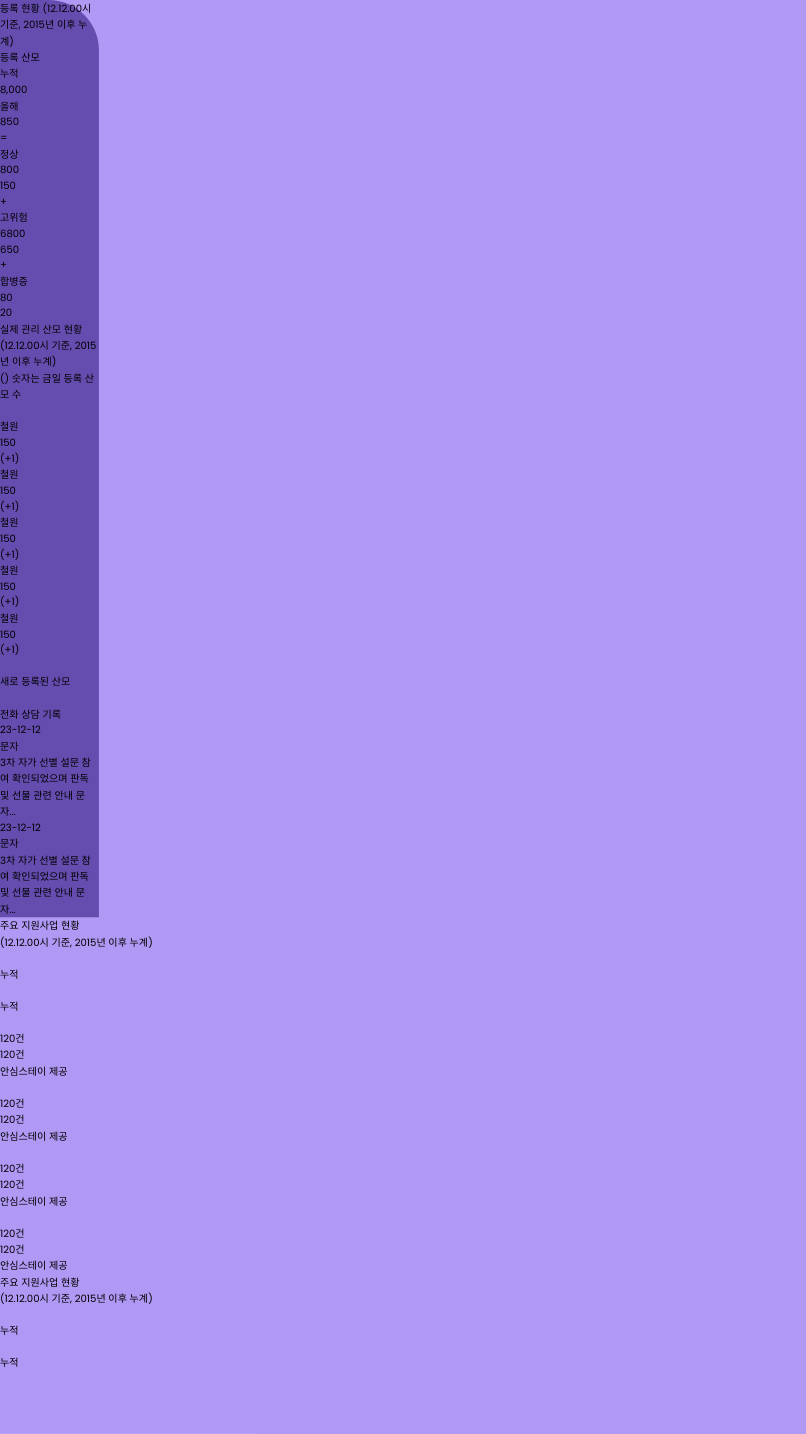
Repository: giapchicuong/Perganancy_Web
Page: index.html
An editor plug-in stored every save of this project. The page is shown before and after the next save, followed by the edit.
The browser window is 1280 px wide. The pictures show the whole page, at 63% of full size.

Above is the page before, as saved 2024-03-06 12:11:55.

### index.html
<!DOCTYPE html>
<html lang="en">

<head>
    <meta charset="UTF-8">
    <meta name="viewport" content="width=device-width, initial-scale=1.0">
    <title>Perganancy Web</title>
    <link rel="stylesheet" href="./assets/base.css">
    <link rel="stylesheet" href="./assets/style.css">
</head>

<body>
    <!-- .block -->
    <!-- .block__element -->
    <!-- .block__element--modifier -->
    <!-- card
    card__image
    card__description
    card__button--submit
    card__button--cancel -->
    <div class="app">
        <div class="main">
            <section class="advertising">
                <div class="advertising-left">
                    <div class="advertising-left__title">등록 현황 (12.12.00시 기준, 2015년 이후 누계)</div>
                    <div class="advertising-left__item-list">
                        <div class="advertising-left__item">
                            <div class="advertising-left__item-title">등록 산모</div>
                            <div class="advertising-left__item-desc">
                                <div class="advertising-left__item-desc-text">누적</div>
                                <div class="advertising-left__item-desc-number">8,000</div>
                            </div>
                            <div class="advertising-left__item-bottom">
                                <div class="advertising-left__item-bottom-text">올해</div>
                                <div class="advertising-left__item-bottom-number">850</div>
                            </div>
                            <div class="calculation">=</div>
                        </div>
                        <div class="advertising-left__item">
                            <div class="advertising-left__item-title">정상</div>
                            <div class="advertising-left__item-desc">
                                <div class="advertising-left__item-desc-number">800</div>
                            </div>
                            <div class="advertising-left__item-bottom">
                                <div class="advertising-left__item-bottom-number">150</div>
                            </div>
                            <div class="calculation">+</div>
                        </div>
                        <div class="advertising-left__item">
                            <div class="advertising-left__item-title">고위험</div>
                            <div class="advertising-left__item-desc">
                                <div class="advertising-left__item-desc-number">6800</div>
                            </div>
                            <div class="advertising-left__item-bottom">
                                <div class="advertising-left__item-bottom-number">650</div>
                            </div>
                            <div class="calculation">+</div>
                        </div>
                        <div class="advertising-left__item">
                            <div class="advertising-left__item-title">합병증</div>
                            <div class="advertising-left__item-desc">
                                <div class="advertising-left__item-desc-number">80</div>
                            </div>
                            <div class="advertising-left__item-bottom">
                                <div class="advertising-left__item-bottom-number">20</div>
                            </div>
                        </div>
                    </div>
                    <div class="advertising-left__title">실제 관리 산모 현황 (12.12.00시 기준, 2015년 이후 누계)</div>
                    <div class="advertising-left__desc">() 숫자는 금일 등록 산모 수</div>
                    <div class="advertising-left__map">
                        <img src="" alt="" class="advertising-left__map-image">
                        <div class="advertising-left__map-item-list-top">
                            <div class="advertising-left__map-item">
                                <div class="advertising-left__map-item-title">철원</div>
                                <div class="advertising-left__map-item-number">150</div>
                                <div class="advertising-left__map-item-desc">(+1)</div>
                            </div>
                            <div class="advertising-left__map-item">
                                <div class="advertising-left__map-item-title">철원</div>
                                <div class="advertising-left__map-item-number">150</div>
                                <div class="advertising-left__map-item-desc">(+1)</div>
                            </div>
                        </div>
                        <div class="advertising-left__map-item-list-center">
                            <div class="advertising-left__map-item">
                                <div class="advertising-left__map-item-title">철원</div>
                                <div class="advertising-left__map-item-number">150</div>
                                <div class="advertising-left__map-item-desc">(+1)</div>
                            </div>
                            <div class="advertising-left__map-item">
                                <div class="advertising-left__map-item-title">철원</div>
                                <div class="advertising-left__map-item-number">150</div>
                                <div class="advertising-left__map-item-desc">(+1)</div>
                            </div>
                        </div>
                        <div class="advertising-left__map-item-list-botom">
                            <div class="advertising-left__map-item">
                                <div class="advertising-left__map-item-title">철원</div>
                                <div class="advertising-left__map-item-number">150</div>
                                <div class="advertising-left__map-item-desc">(+1)</div>
                            </div>
                        </div>
                    </div>
                    <div class="advertising-left__box">
                        <div class="advertising-left__box-title">
                            <img src="" alt="" class="advertising-left__box-title-icon">
                            <div class="advertising-left__box-title-text">새로 등록된 산모</div>
                        </div>
                        <div class="advertising-left__box-message-list">
                            <div class="advertising-left__box-message-item">
                                <div class="advertising-left__box-message-item-date"></div>
                                <div class="advertising-left__box-message-item-text"></div>
                            </div>
                        </div>
                    </div>
                    <div class="advertising-left__box">
                        <div class="advertising-left__box-title">
                            <img src="" alt="" class="advertising-left__box-title-icon">
                            <div class="advertising-left__box-title-text">전화 상담 기록</div>
                        </div>
                        <div class="advertising-left__box-message-list">
                            <div class="advertising-left__box-message-item">
                                <div class="advertising-left__box-message-item-date">23-12-12</div>
                                <div class="advertising-left__box-message-item-name">문자</div>
                                <div class="advertising-left__box-message-item-text">3차 자가 선별 설문 참여 확인되었으며 판독 및 선물 관련 안내
                                    문자...</div>
                            </div>
                            <div class="advertising-left__box-message-item">
                                <div class="advertising-left__box-message-item-date">23-12-12</div>
                                <div class="advertising-left__box-message-item-name">문자</div>
                                <div class="advertising-left__box-message-item-text">3차 자가 선별 설문 참여 확인되었으며 판독 및 선물 관련 안내
                                    문자...</div>
                            </div>
                        </div>
                    </div>
                </div>
                <div class="advertising-right">
                    <div class="advertising-right-item">
                        <div class="advertising-right-item-top">
                            <div class="advertising-right-item-top-left">
                                <div class="advertising-right-item-top__title">주요 지원사업 현황</div>
                                <div class="advertising-right-item-top__desc">(12.12.00시 기준, 2015년 이후 누계)</div>
                            </div>
                            <div class="advertising-right-item-top-right">
                                <div class="advertising-right-item-top-item">
                                    <img src="" alt="" class="advertising-right-item-top-item__icon">
                                    <div class="advertising-right-item-top-item__text">누적</div>
                                </div>
                                <div class="advertising-right-item-top-item">
                                    <img src="" alt="" class="advertising-right-item-top-item__icon">
                                    <div class="advertising-right-item-top-item__text">누적</div>
                                </div>
                            </div>
                        </div>
                        <div class="advertising-right-item-card-list">
                            <div class="advertising-right-item-card">
                                <div class="advertising-right-item-card-provide">
                                    <img src="" alt="" class="advertising-right-item-card__image">
                                    <div class="advertising-right-item-card__image-number">
                                        <div class="advertising-right-item-card__image-number-large">120건</div>
                                        <div class="advertising-right-item-card__image-number-small">120건</div>
                                    </div>
                                </div>
                                <div class="advertising-right-item-card-content">안심스테이 제공</div>
                            </div>
                            <div class="advertising-right-item-card">
                                <div class="advertising-right-item-card-provide">
                                    <img src="" alt="" class="advertising-right-item-card__image">
                                    <div class="advertising-right-item-card__image-number">
                                        <div class="advertising-right-item-card__image-number-large">120건</div>
                                        <div class="advertising-right-item-card__image-number-small">120건</div>
                                    </div>
                                </div>
                                <div class="advertising-right-item-card-content">안심스테이 제공</div>
                            </div>
                            <div class="advertising-right-item-card">
                                <div class="advertising-right-item-card-provide">
                                    <img src="" alt="" class="advertising-right-item-card__image">
                                    <div class="advertising-right-item-card__image-number">
                                        <div class="advertising-right-item-card__image-number-large">120건</div>
                                        <div class="advertising-right-item-card__image-number-small">120건</div>
                                    </div>
                                </div>
                                <div class="advertising-right-item-card-content">안심스테이 제공</div>
                            </div>
                            <div class="advertising-right-item-card">
                                <div class="advertising-right-item-card-provide">
                                    <img src="" alt="" class="advertising-right-item-card__image">
                                    <div class="advertising-right-item-card__image-number">
                                        <div class="advertising-right-item-card__image-number-large">120건</div>
                                        <div class="advertising-right-item-card__image-number-small">120건</div>
                                    </div>
                                </div>
                                <div class="advertising-right-item-card-content">안심스테이 제공</div>
                            </div>
                        </div>
                    </div>
                    <div class="advertising-right-item">
                        <div class="advertising-right-item-top">
                            <div class="advertising-right-item-top-left">
                                <div class="advertising-right-item-top__title">주요 지원사업 현황</div>
                                <div class="advertising-right-item-top__desc">(12.12.00시 기준, 2015년 이후 누계)</div>
                            </div>
                            <div class="advertising-right-item-top-right">
                                <div class="advertising-right-item-top-item">
                                    <img src="" alt="" class="advertising-right-item-top-item__icon">
                                    <div class="advertising-right-item-top-item__text">누적</div>
                                </div>
                                <div class="advertising-right-item-top-item">
                                    <img src="" alt="" class="advertising-right-item-top-item__icon">
                                    <div class="advertising-right-item-top-item__text">누적</div>
                                </div>
                            </div>
                        </div>
                        <div class="advertising-right-item__btn-list">
                            <div class="advertising-right-item__btn-item">
                                <div class="advertising-right-item__btn">
                                    <img src="" alt="" class="advertising-right-item__btn-icon" />
                                    <div class="advertising-right-item__btn-text"></div>
                                    <div class="advertising-right-item__btn-notification"></div>
                                </div>
                                <div class="advertising-right-item__btn-content"></div>
                            </div>
                            <div class="advertising-right-item__btn-item">
                                <div class="advertising-right-item__btn">
                                    <img src="" alt="" class="advertising-right-item__btn-icon" />
                                    <div class="advertising-right-item__btn-text"></div>
                                    <div class="advertising-right-item__btn-notification"></div>
                                </div>
                                <div class="advertising-right-item__btn-content"></div>
                            </div>
                            <div class="advertising-right-item__btn-item">
                                <div class="advertising-right-item__btn">
                                    <img src="" alt="" class="advertising-right-item__btn-icon" />
                                    <div class="advertising-right-item__btn-text"></div>
                                    <div class="advertising-right-item__btn-notification"></div>
                                </div>
                                <div class="advertising-right-item__btn-content"></div>
                            </div>
                            <div class="advertising-right-item__btn-item">
                                <div class="advertising-right-item__btn">
                                    <img src="" alt="" class="advertising-right-item__btn-icon" />
                                    <div class="advertising-right-item__btn-text"></div>
                                    <div class="advertising-right-item__btn-notification"></div>
                                </div>
                                <div class="advertising-right-item__btn-content"></div>
                            </div>
                        </div>
                    </div>
                    <div class="advertising-right-item">
                        <div class="advertising-right-item-left">
                            <div class="advertising-right-item-left-text">
                                <div class="advertising-right-item-left__title"></div>
                                <div class="advertising-right-item-desc"></div>
                            </div>
                            <div class="advertising-right-item-number"></div>
                        </div>
                        <div class="advertising-right-item-right">

                        </div>
                    </div>
                    <div class="advertising-right-item">
                        <div class="advertising-right-item-message-list">
                            <div class="advertising-right-item-message-item">
                                <div class="advertising-right-item-message-text">
                                    <div class="advertising-right-item-message__title"></div>
                                    <div class="advertising-right-item-message__desc"></div>
                                </div>
                                <div class="advertising-right-item-message-number">
                                    <div class="advertising-right-item-message-number-icon"></div>
                                    <div class="advertising-right-item-message-number-text"></div>
                                    <div class="advertising-right-item-message-number-case"></div>
                                </div>
                            </div>
                            <div class="advertising-right-item-message-item">
                                <div class="advertising-right-item-message-text">
                                    <div class="advertising-right-item-message__title"></div>
                                    <div class="advertising-right-item-message__desc"></div>
                                </div>
                                <div class="advertising-right-item-message-number">
                                    <div class="advertising-right-item-message-number-icon"></div>
                                    <div class="advertising-right-item-message-number-text"></div>
                                    <div class="advertising-right-item-message-number-case"></div>
                                </div>
                            </div>
                        </div>
                    </div>
                </div>
            </section>
        </div>
    </div>
</body>

</html>

### assets/base.css
@import url('https://fonts.googleapis.com/css2?family=Poppins:ital,wght@0,100;0,200;0,300;0,400;0,500;0,600;0,700;0,800;0,900;1,100;1,200; 1.300;1.400;1.500;1.600;1.700;1.800;1.900&display=swap');

* {
    margin: 0;
    padding: 0;
    box-sizing: border-box;
    font-family: 'Poppins' , sans-serif;
    /* background-color: var(--secondary); */
    /* background-image: url("./image/background-top.png"); */
    /* background-image: url("./image/background-bottom.png"); */
    background-repeat: no-repeat;
    background-position: 40% ;
    /* background-size: cover;  */

}
:root {
    --primary: #644DAF;
    --secondary: #AF99F4;
    --purple: #E7E3FF;
    --lightPurple: #E6E6FA;
    --pink: #EF9C98;
    --white: #FFFFFF;
    --gray: #D8D8D8;
    --gray2: #EBEBEB;
    --gray3: #F4F4F4;
}

### assets/style.css
.app {
    display: flex;
    gap: 0% 3%;
    background-color: var(--secondary);
}
.advertising-left {
    width: 35%;
    background-color: var(--primary);
    border-top-right-radius: 80px 80px;
}

After the next save:
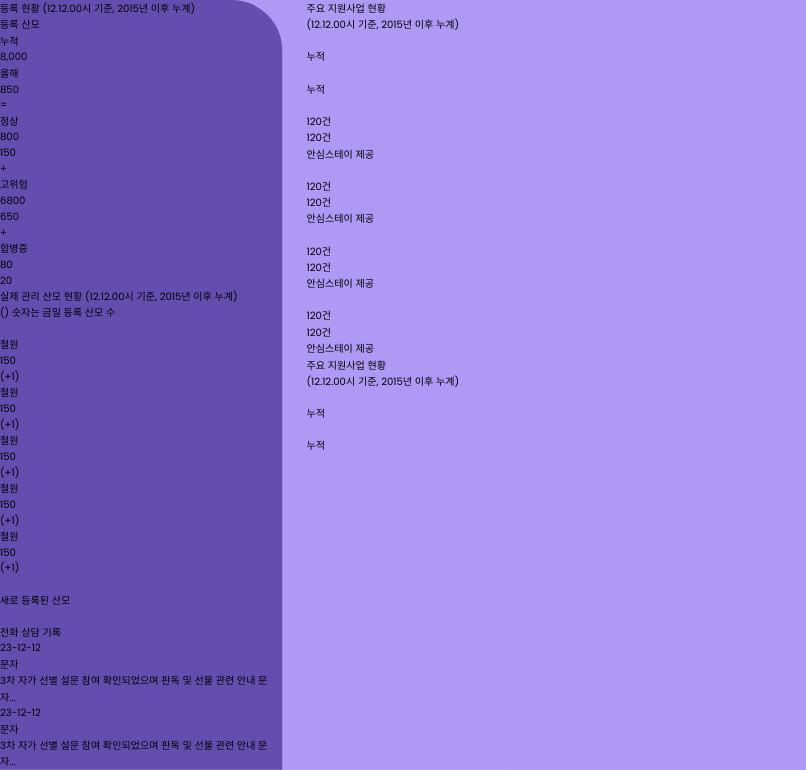
Saved 40 s later.
--- a/assets/style.css
+++ b/assets/style.css
@@ -1,6 +1,8 @@
-.app {
+.advertising {
     display: flex;
     gap: 0% 3%;
+}
+.main {
     background-color: var(--secondary);
 }
 .advertising-left {
